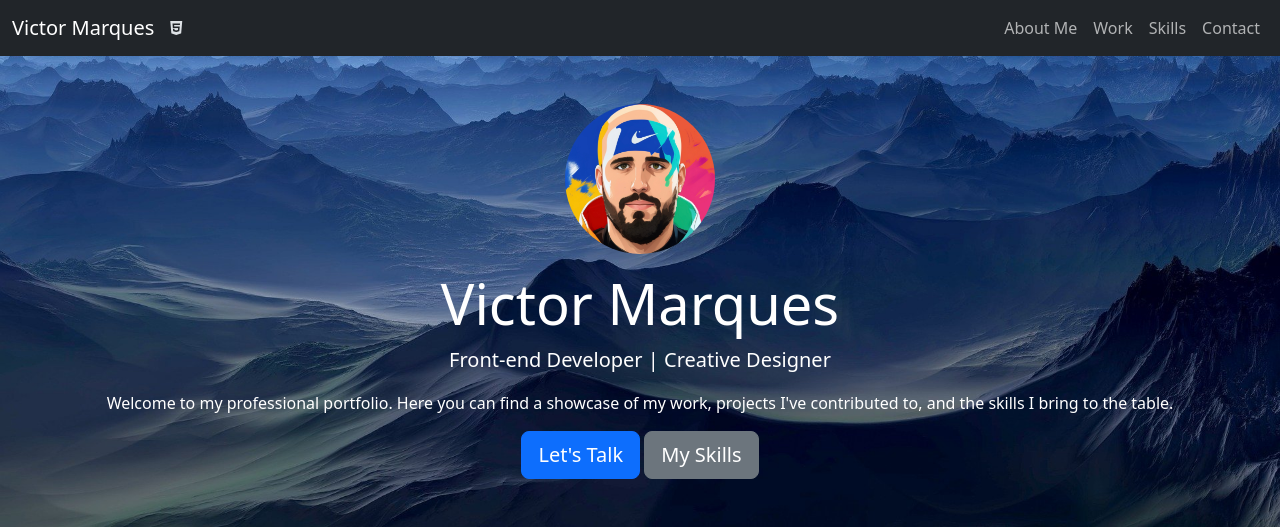
Repository: uvee35/Bootstrap-Portfolio
Page: index.html
These files come from the project's save history. The page is drawn as it stood at one moment and after the next save; the edit follows.
The browser window is 1280 px wide. The pictures show the part of the page from y = 0 to 527 px (the page is 2679 px tall).
A picture or video elsewhere on the page could not be fetched, so the positions and the page height are approximate.

Above is the page before, as saved 2023-12-18 20:51:32.

### index.html
<!DOCTYPE html>
<html lang="en" data-bs-theme="dark">
  <head>
    <meta charset="utf-8" />
    <meta name="viewport" content="width=device-width, initial-scale=1" />
    <title>Bootstrap demo</title>
    <link
      href="https://cdn.jsdelivr.net/npm/bootstrap@5.3.2/dist/css/bootstrap.min.css"
      rel="stylesheet"
      integrity="sha384-T3c6CoIi6uLrA9TneNEoa7RxnatzjcDSCmG1MXxSR1GAsXEV/Dwwykc2MPK8M2HN"
      crossorigin="anonymous"
    />
    <link rel="stylesheet" href="./css/style.css" />
    <link
      rel="stylesheet"
      href="https://cdnjs.cloudflare.com/ajax/libs/font-awesome/5.15.4/css/all.min.css"
    />
  </head>
  <body>
    <!-- Navbar -->
    <nav class="navbar navbar-expand-lg navbar-light bg-dark">
      <div class="container-fluid">
        <!-- Brand/logo -->
        <a class="navbar-brand" href="#home">Victor Marques</a>
        <i class="fab fa-html5"></i>

        <!-- Toggle button for small screens -->
        <button
          class="navbar-toggler"
          type="button"
          data-bs-toggle="collapse"
          data-bs-target="#navbarNavAltMarkup"
          aria-controls="navbarNavAltMarkup"
          aria-expanded="false"
          aria-label="Toggle navigation"
        >
          <span class="navbar-toggler-icon"></span>
        </button>

        <!-- Navbar links -->
        <div
          class="collapse navbar-collapse justify-content-end"
          id="navbarNavAltMarkup"
        >
          <div class="navbar-nav">
            <a class="nav-link" href="#about-me">About Me</a>
            <a class="nav-link" href="#work">Work</a>
            <a class="nav-link" href="#skills">Skills</a>
            <a class="nav-link" href="#contact-me">Contact</a>
          </div>
        </div>
      </div>
    </nav>

    <!-- Hero Section -->
    <section class="hero-section bg-dark text-center py-5" id="hero">
      <div class="container">
        <img
          src="./css/images/victor.JPG"
          alt="Your Name"
          class="rounded-circle mb-3"
          style="width: 150px; height: 150px"
        />
        <h1 class="display-4">Victor Marques</h1>
        <p class="lead">Front-end Developer | Creative Designer</p>
        <p>
          Welcome to my professional portfolio. Here you can find a showcase of
          my work, projects I've contributed to, and the skills I bring to the
          table.
        </p>
      </div>
      <button type="button" class="btn btn-primary btn-lg"><a class="nav-link"  href="#contact-me"></a>Let's Talk</button>
      <button type="button" class="btn btn-secondary btn-lg">My Skills</button>
    </section>

    <!-- Cards -->
    <div class="container-fluid" id="work">
      <div class="row">
        <h1 class="col-12" id="work-text">My Portfolio</h1>
        <!-- Card 1 -->
        <div class="cardContainer col-lg-3 col-md-3 col-sm-6 padding-top">
          <div class="card">
            <img
              src="./css/images/card1photo.png"
              class="card-img-top"
              alt="..."
            />
            <div class="card-body">
              <h4 class="card-title">Horiseon Website</h4>
              <p class="card-text">
                Horiseon is a website crafted with HTML and CSS, focusing on
                accessibility and search engine optimization...
              </p>
              <a
                href="https://uvee35.github.io/Victor-Module1Challenge/"
                class="btn btn-primary"
                >See Live Demo</a
              >
            </div>
          </div>
        </div>
        <!-- End card 1 -->

        <!-- Card 2 -->
        <div class="cardContainer col-lg-3 col-md-3 col-sm-6">
          <div class="card">
            <img src="./css/images/card2.png" class="card-img-top" alt="..." />
            <div class="card-body">
              <h4 class="card-title">Portfolio</h4>
              <p class="card-text">
                This portfolio website, built using HTML, CSS, and Flexbox,
                features a modern and responsive design...
              </p>
              <a
                href="https://uvee35.github.io/Challenge2-Victor/."
                class="btn btn-primary"
                >See Live Demo</a
              >
            </div>
          </div>
        </div>
        <!-- End card 2 -->

        <!-- Card 3 -->
        <div class="cardContainer col-lg-3 col-md-3 col-sm-6">
          <div class="card">
            <img src="./css/images/card3.png" class="card-img-top" alt="..." />
            <div class="card-body">
              <h4 class="card-title">NiceAdmin</h4>
              <p class="card-text">
                NiceAdmin is a website designed using HTML, CSS, and Bootstrap,
                offering a user-friendly admin and dashboard interface...
              </p>
              <a
                href="https://bootstrapmade.com/demo/NiceAdmin/"
                class="btn btn-primary"
                >See Live Demo</a
              >
            </div>
          </div>
        </div>
        <!-- End card 3 -->
        <!-- Card 4 -->
        <div class="cardContainer col-lg-3 col-md-3 col-sm-6">
          <div class="card">
            <img src="./css/images/card4.png" class="card-img-top" alt="..." />
            <div class="card-body">
              <h4 class="card-title">EstateAgency</h4>
              <p class="card-text">
                EstateAgency is a sleek, Bootstrap-based real estate website
                template, ideal for agencies and realtors...
              </p>
              <a
                href="https://bootstrapmade.com/demo/EstateAgency/"
                class="btn btn-primary"
                >See Live Demo</a
              >
            </div>
          </div>
        </div>
        <!-- End card 4 -->
      </div>
    </div>
    <!-- End cards -->

    <!-- Skills Section -->

    <div class="container-fluid" id="Skills">
      <div class="row mb-4">
        <h2 class="col-12" style="text-align: center; padding-top: 20px">
          My Skills
        </h2>
      </div>

      <div class="container">
        <div class="row align-items-center mb-2">
          <div class="col-md-3">
            <span class="badge text-bg-primary">HTML5</span>
          </div>
          <div class="col-md-9">
            <div
              class="bg-primary"
              style="width: 70%; height: 20px; text-align: center"
            >
              70%
            </div>
          </div>
        </div>
        <div class="row align-items-center mb-2">
          <div class="col-md-3">
            <span class="badge text-bg-secondary">CSS</span>
          </div>
          <div class="col-md-9">
            <div
              class="bg-secondary"
              style="width: 70%; height: 20px; text-align: center"
            >
              70%
            </div>
          </div>
        </div>
        <div class="row align-items-center mb-2">
          <div class="col-md-3">
            <span class="badge text-bg-success">Flexbox</span>
          </div>
          <div class="col-md-9">
            <div
              class="bg-success"
              style="width: 85%; height: 20px; text-align: center"
            >
              85%
            </div>
          </div>
        </div>
        <div class="row align-items-center mb-2">
          <div class="col-md-3">
            <span class="badge text-bg-danger">Responsive Design</span>
          </div>
          <div class="col-md-9">
            <div
              class="bg-danger"
              style="width: 75%; height: 20px; text-align: center"
            >
              75%
            </div>
          </div>
        </div>
        <div class="row align-items-center mb-2">
          <div class="col-md-3">
            <span class="badge text-bg-warning">UX Design</span>
          </div>
          <div class="col-md-9">
            <div
              class="bg-warning"
              style="width: 75%; height: 20px; text-align: center"
            >
              75%
            </div>
          </div>
        </div>

        <p style="padding-top: 35px">
          Percentages displayed alongside my skills reflect my current
          proficiency levels. While they indicate a strong foundation in HTML5,
          CSS, Flexbox, Responsive Design, and UX Design, they also suggest room
          for further growth. I am committed to continuous learning and daily
          practice to enhance these skills. My dedication to staying updated
          with the latest industry standards and best practices ensures that I
          am always improving and ready to tackle new challenges in the
          ever-evolving field of web development.
        </p>
      </div>
    </div>

    <!-- Contact Me -->
    <div class="container-fluid" id="contact-me">

    <form style="padding: 3%" style="display: flex; justify-content: center">
      <h3>Contact Me</h3>
      <div class="form-group" style="padding-top: 2%">
        <label for="exampleFormControlInput1">Email address</label>
        <input
          type="email"
          class="form-control"
          id="exampleFormControlInput1"
          placeholder="name@example.com"
        />
      </div>
      <div class="form-group" style="margin-top: 1%">
        <label for="exampleFormControlInput1">Name/Last Name</label>
        <input type="text" class="form-control" id="description" />
      </div>
      <div class="form-group" style="margin-top: 1%">
        <label for="exampleFormControlSelect2">Select a Meeting Slot</label>
        <select multiple class="form-control" id="exampleFormControlSelect2">
          <option>10:45 pm</option>
          <option>11:30 pm</option>
          <option>13:00 pm</option>
          <option>13:30 pm</option>
        </select>
      </div>
      <div class="form-group" style="margin-top: 1%">
        <label for="exampleFormControlTextarea1">Leave Your Message</label>
        <textarea
          class="form-control"
          id="exampleFormControlTextarea1"
          rows="3"
        ></textarea>
      </div>
    </div>
    </form>

    <!-- About Me Section -->
<section class="container my-5" id="about-me">
  <div class="row">
      <!-- Picture Column -->
      <div class="col-lg-4">
          <img src="./css/images/Victor2.jpg" alt="Victor" class="img-fluid square">
      </div>
      <!-- Text Column -->
      <div class="col-lg-8">
          <h2>About Me</h2>
          <p>Hello! I'm Victor, originally from Binefar, Spain, and I'm 25 years old. Approximately four years ago, I embarked on an exciting journey and made the move to Leicester, United Kingdom. Since then, I've been on a passionate pursuit of knowledge and skills in the world of web development.

            Currently, I'm enrolled in a Front-End Web Development bootcamp, where I'm honing my skills in HTML, CSS, and JavaScript. I'm driven by a strong desire to create beautiful and interactive user experiences on the web. The world of technology and design has always fascinated me, and I'm committed to expanding my horizons in this ever-evolving field.

            Outside of coding, I enjoy exploring new places, trying out diverse cuisines, and meeting people from various backgrounds. My love for travel has only grown since I moved to the UK, and I relish every opportunity to immerse myself in new cultures and experiences.

            Feel free to connect with me and join me on this exciting journey of growth and exploration. I'm always open to collaborating on projects, sharing ideas, and learning from fellow enthusiasts in the web development community. Let's create something amazing together!</p>

  </div>
</section>

    <script
      src="https://cdn.jsdelivr.net/npm/bootstrap@5.3.2/dist/js/bootstrap.bundle.min.js"
      integrity="sha384-C6RzsynM9kWDrMNeT87bh95OGNyZPhcTNXj1NW7RuBCsyN/o0jlpcV8Qyq46cDfL"
      crossorigin="anonymous"
    ></script>
  </body>
</html>

### css/style.css
.hero-section {
    background-color: #121212; /* Dark background color */
    color: #ffffff; /* White text color for contrast */
    position: relative; /* Position relative for absolute positioning of buttons */
    z-index: 1; /* Ensure the layering is correct */
  }


  .hero-buttons {
    position: absolute;
    bottom: 20px;
    left: 50%;
    transform: translateX(-50%); /* Center the buttons */
    z-index: 2; /* Above the background image */
  }

  /* If you have a specific background image you want to use */
  .hero-section {
    background-image: url('./images/planet-1702788_1920.jpg');
    background-size: cover;
    background-position: center;
  }

  #Skills {
    border: 1px solid #ccc;
    border-radius: 5px;
    padding: 20px;
  }

  #work{
    border: 1px solid none;
    border-radius: 5px;
    padding: 20px;
  }

.col-12{
text-align: center;
 padding-top: 5px;
 padding-bottom: 2%;
}

#contact-me{
  border: 1px solid none;
    border-radius: 5px;
    padding: 20px;
}

After the next save:
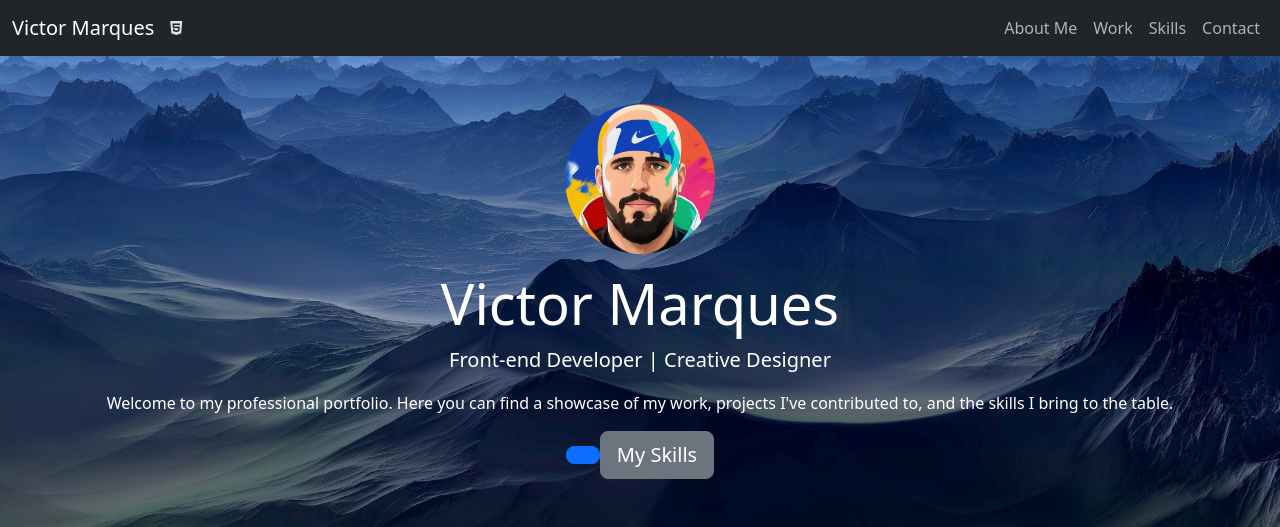
Saved 62 s later.
--- a/index.html
+++ b/index.html
@@ -69,7 +69,9 @@
           table.
         </p>
       </div>
-      <button type="button" class="btn btn-primary btn-lg"><a class="nav-link"  href="#contact-me"></a>Let's Talk</button>
+      <a class="nav-link"  href="#contact-me"></a>
+
+      <button type="button" class="btn btn-primary btn-lg">
       <button type="button" class="btn btn-secondary btn-lg">My Skills</button>
     </section>
 

After the save that followed:
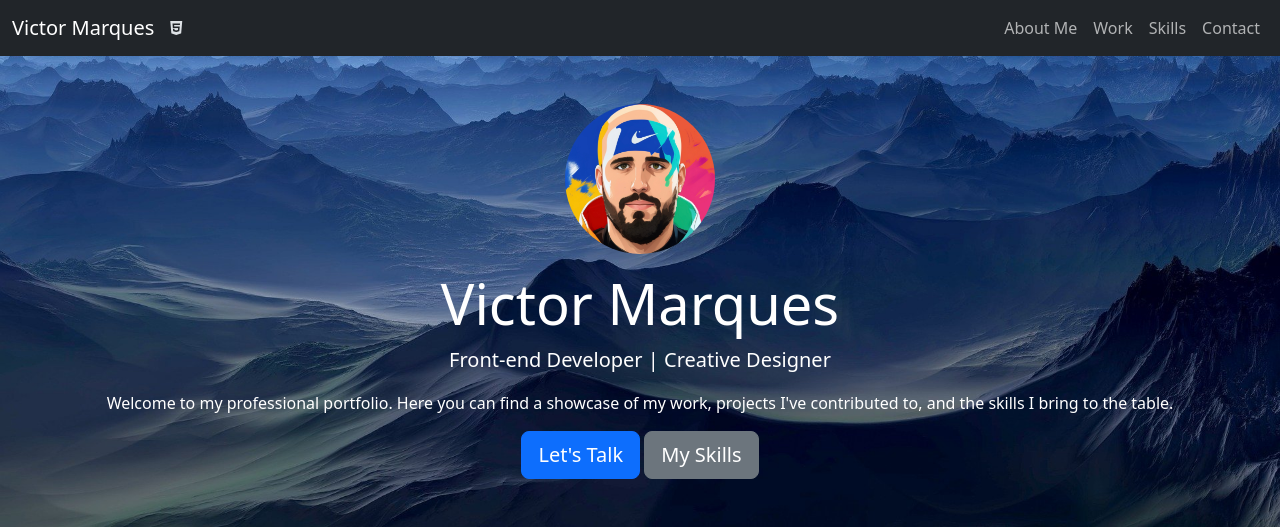
Saved 95 s later.
--- a/index.html
+++ b/index.html
@@ -69,10 +69,9 @@
           table.
         </p>
       </div>
-      <a class="nav-link"  href="#contact-me"></a>
-
-      <button type="button" class="btn btn-primary btn-lg">
-      <button type="button" class="btn btn-secondary btn-lg">My Skills</button>
+      <a href="#contact-me" class="btn btn-primary btn-lg">Let's Talk</a>
+      <a href="#skills" class="btn btn-secondary btn-lg">My Skills</a>
+
     </section>
 
     <!-- Cards -->
